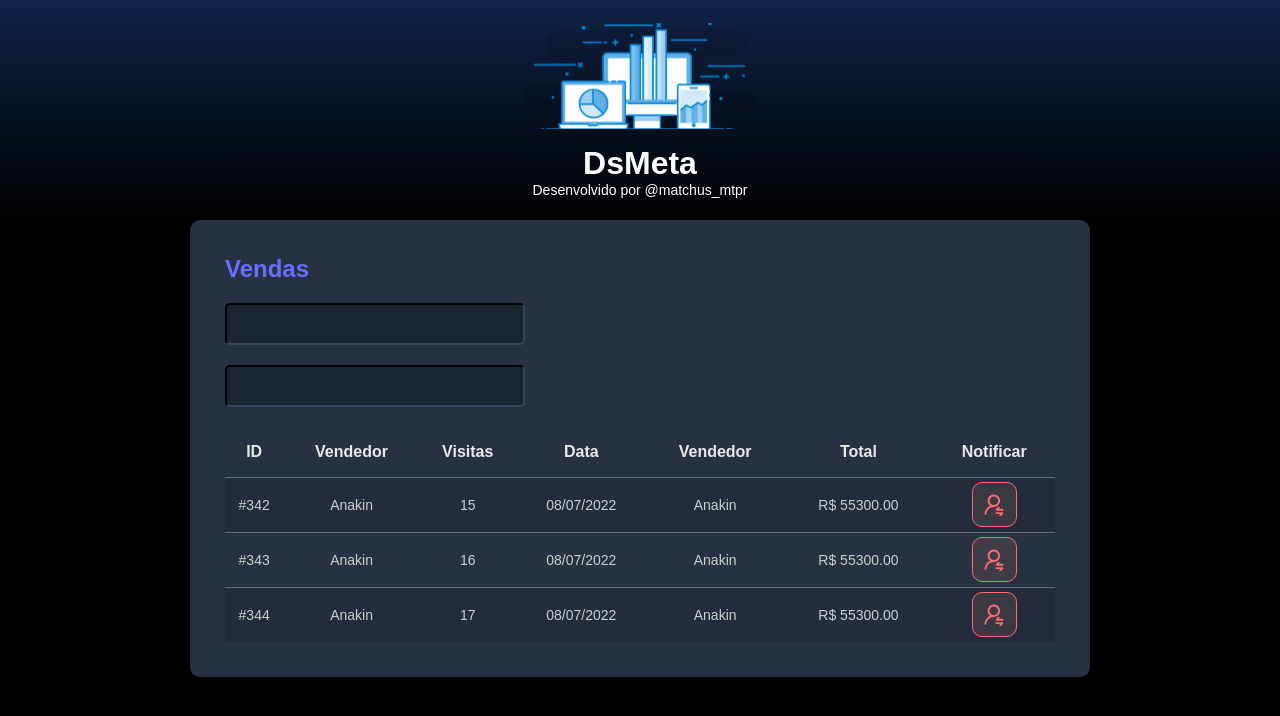
Repository: MatheusAlvesPereiraRosa/ds-meta
Page: index.html
An editor plug-in stored every save of this project. The page is shown before and after the next save, followed by the edit.
The browser window is 1280 px wide. The pictures show the whole page.

Above is the page before, as saved 2022-09-05 17:22:37.

After the next save:
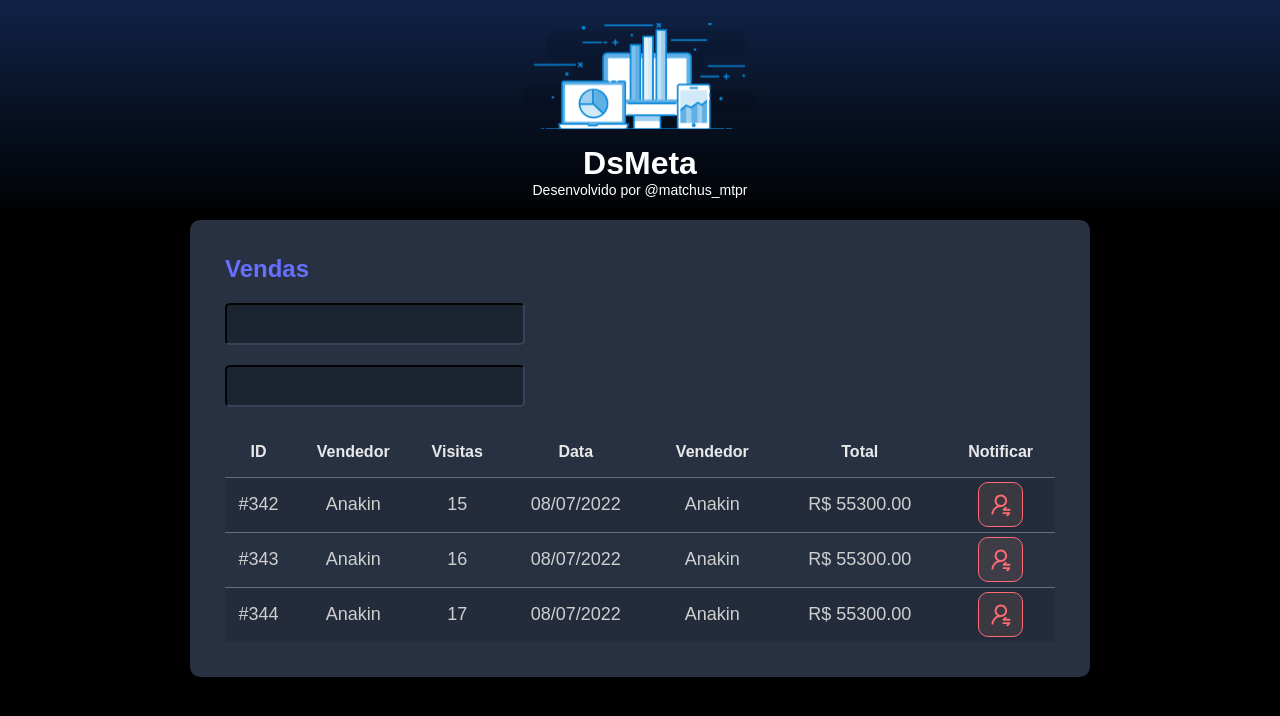
Saved 11 s later.
--- a/styles.css
+++ b/styles.css
@@ -144,7 +144,7 @@ a, a:hover, a:visited {
     }
 
     .dsmeta-sales-table tbody{
-        height: 55px;
+        font-size: 18px;
     }
 }
 
